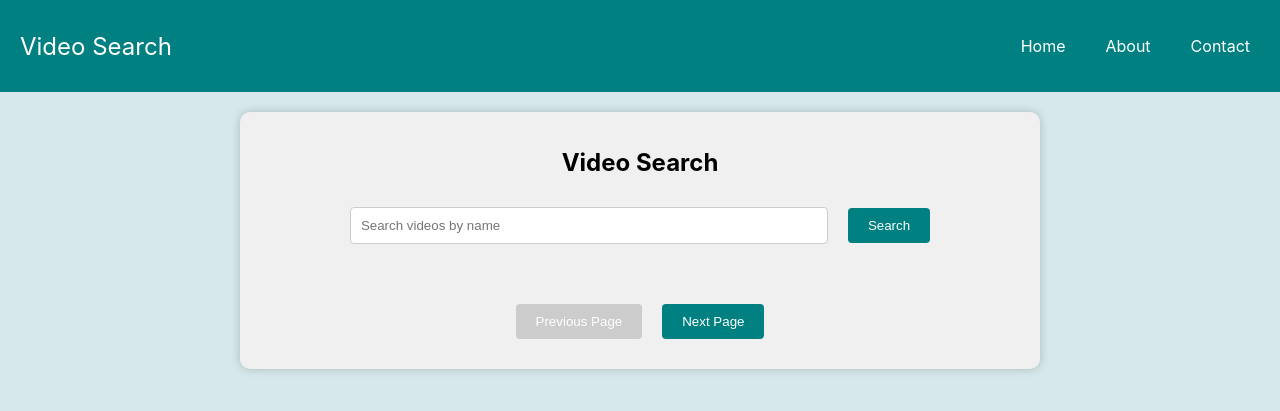
Repository: LolaSL/video-search
Page: /
These files come from the project's save history. The page is drawn as it stood at one moment and after the next save; the edit follows.
The browser window is 1280 px wide. The pictures show the whole page.
The project was rebuilt for these pictures with package versions that can differ from the ones it lists, and the page was loaded fresh each time.

Above is the page before, as saved 2023-08-12 14:25:25.

### src/App.js
import React from 'react';
import './App.css';
import VideoSearch from './VideoSearch.jsx';
import Navbar from './Navbar.jsx';
import { BrowserRouter as Router } from 'react-router-dom';

function App() {
  return (
    <Router>
      <div className="App">
        <Navbar />
        <div className="container">
          <VideoSearch />
        </div>
      </div>
    </Router>
  );
}

export default App;

### src/App.css
.App {
  text-align: center;
  text-shadow: 1px 1px solid grey;
  background:#d6e8eb ;
  height: 100vh;
}

.container {
  max-width: 800px;
  margin: 0 auto;
  padding: 20px;
}

h1 {
  font-size: 24px;
  margin-bottom: 20px;
}

input[type="text"] {
  padding: 10px;
  width: 60%;
  margin: 10px;
  border: 1px solid #ccc;
  border-radius: 4px;
}

.video-search-container {
  max-width: 800px;
  margin: 0 auto;
  padding: 20px;
  background-color: #f0f0f0;
  border-radius: 10px;
  box-shadow: 0 0 10px rgba(0, 0, 0, 0.2);
}

/* Video List */
.video-list {
  display: grid;
  grid-template-columns: repeat(auto-fill, minmax(300px, 1fr));
  gap: 20px;
  margin-top: 20px;
}

/* Video Item */
.video-item {
  background-color: #ffffff;
  border-radius: 10px;
  box-shadow: 0 4px 6px rgba(0, 0, 0, 0.1);
}

.video-container {
  position: relative;
  overflow: hidden;
  padding-top: 56.25%;
}

.video-frame {
  position: absolute;
  top: 0;
  left: 0;
  width: 100%;
  height: 100%;
}

.video-iframe {
  width: 100%;
  height: 100%;
  border: none;
}

button {
  margin: 10px;
  padding: 10px 20px;
  background: teal;
  color: #fff;
  border: none;
  border-radius: 4px;
  cursor: pointer;
}

button:disabled {
  background-color: #ccc;
  cursor: not-allowed;
}

iframe {
  width: 100%;
  height: 415px;
  border: none;
  margin-top: 15px;
}

.video-item {
  margin: 20px 0;
  padding: 20px;
  border: 1px solid #ccc;
  border-radius: 4px;
}

.video-title {
  font-size: 18px;
  margin-bottom: 10px;
}

.pagination {
  margin-top: 20px;
}

.pagination button {
  margin-right: 10px;
}
/* Navbar styles */
.navbar {
  display: flex;
  justify-content: space-between;
  align-items: center;
  padding: 10px 20px;
  background: teal;
  color: white;
}

.navbar-logo {
  font-size: 1.5rem;
}

.nav-toggle {
  display: none;
  background: none;
  border: none;
  color: white;
  font-size: 1rem;
  cursor: pointer;
}

.navbar-nav {
  list-style: none;
  display: flex;
  gap: 20px;
}

.nav-item {
  padding: 10px;
}

.nav-link {
  color: white;
  text-decoration: none;
}

/* Show the navigation links when the navbar is open */
.navbar-nav.open {
  display: flex;
  flex-direction: column;
  position: absolute;
  background-color: #333;
  top: 55px;
  right: 20px;
  z-index: 1000;
}

@media screen and (max-width: 768px) {
  .container {
    padding: 10px;
    margin: 30px;
  }

  input[type="text"] {
    width: 80%;
    margin: 20px;
    margin-bottom: 10px;
  }

  button {
    width: 50%;
    margin-bottom: 10px;
  }

  .video-item {
    padding: 10px;
    margin: 10px 20px;
  }

  .pagination {
    text-align: center;
  }
}

### src/VideoSearch.jsx
import React, { useState } from 'react';
import axios from "axios";

const API_KEY = 'AIzaSyAZw_7fp6hzKHZ_UNfC9jRiNJBWZQnTOmM';
const CHANNEL_ID = 'CSgDjZ_Vv8g';
const RESULTS_PER_PAGE = 10;


const VideoSearch = () => {
  const [videos, setVideos] = useState([]);
  const [searchTerm, setSearchTerm] = useState('');
  const [currentPage, setCurrentPage] = useState(1);

  const searchVideos = async () => {
    try {
      const response = await axios.get(
        `https://www.googleapis.com/youtube/v3/search?key=${API_KEY}&channelId=${CHANNEL_ID}&part=snippet,id&type=video&q=${searchTerm}&maxResults=${RESULTS_PER_PAGE}&pageToken=${currentPage > 1 ? videos.length : ''}`
      );

      setVideos(response.data.items);
    } catch (error) {
      console.error('Error fetching videos:', error);
    }
  };

  const handlePageChange = (newPage) => {
    setCurrentPage(newPage);
    searchVideos();
  };

  return (
    <div className="video-search-container">
      <h1>Video Search</h1>
      <input
        type="text"
        placeholder="Search videos by name"
        value={searchTerm}
        onChange={(e) => setSearchTerm(e.target.value)}
      />
      <button onClick={() => handlePageChange(1)}>Search</button>

      <div className="video-list">
        {videos.map((video) => (
          <div key={video.id.videoId} className="video-item">
            <h2>{video.snippet.title}</h2>
            <div className="video-container">
              <div className="video-frame">
                <iframe
                  title={video.snippet.title}
                  src={`https://www.youtube.com/embed/${video.id.videoId}`}
                  className="video-iframe"
                  allowFullScreen
                ></iframe>
              </div>
            </div>
          </div>
        ))}
      </div>

      <div className="pagination">
        <button
          onClick={() => handlePageChange(currentPage - 1)}
          disabled={currentPage === 1}
        >
          Previous Page
        </button>
        <button onClick={() => handlePageChange(currentPage + 1)}>Next Page</button>
      </div>
    </div>
  );
};

export default VideoSearch;

### src/Navbar.jsx
import React, { useState } from 'react';
import { Link } from 'react-router-dom';

const Navbar = () => {
  const [isNavOpen, setIsNavOpen] = useState(false);

  const toggleNav = () => {
    setIsNavOpen(!isNavOpen);
  };

  return (
    <nav className="navbar">
      <div className="navbar-brand">
        <span className="navbar-logo">Video Search</span>
      </div>
      <button className="nav-toggle" onClick={toggleNav}>
        {isNavOpen ? 'Close' : 'Open'}
      </button>
      <ul className={`navbar-nav ${isNavOpen ? 'open' : ''}`}>
        <li className="nav-item">
          <Link to="/" className="nav-link">Home</Link>
        </li>
        <li className="nav-item">
          <Link to="/about" className="nav-link">About</Link>
        </li>
        <li className="nav-item">
          <Link to="/contact" className="nav-link">Contact</Link>
        </li>
      </ul>
    </nav>
  );
};

export default Navbar;

Loaded but not shown: public/index.html (common file); src/index.js (common file); src/index.css (common file); src/reportWebVitals.js (common file)

After the next save:
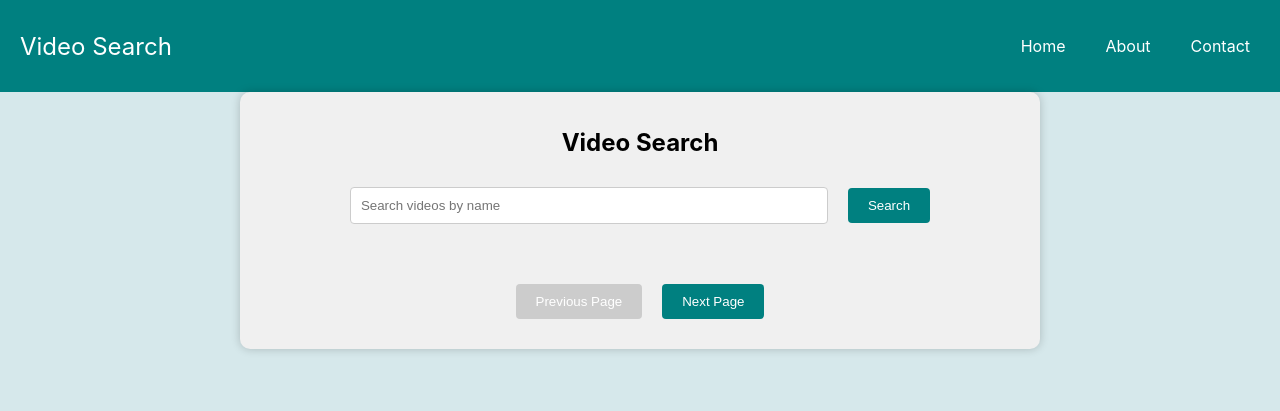
Saved 61 s later.
--- a/src/App.css
+++ b/src/App.css
@@ -8,7 +8,7 @@
 .container {
   max-width: 800px;
   margin: 0 auto;
-  padding: 20px;
+
 }
 
 h1 {
